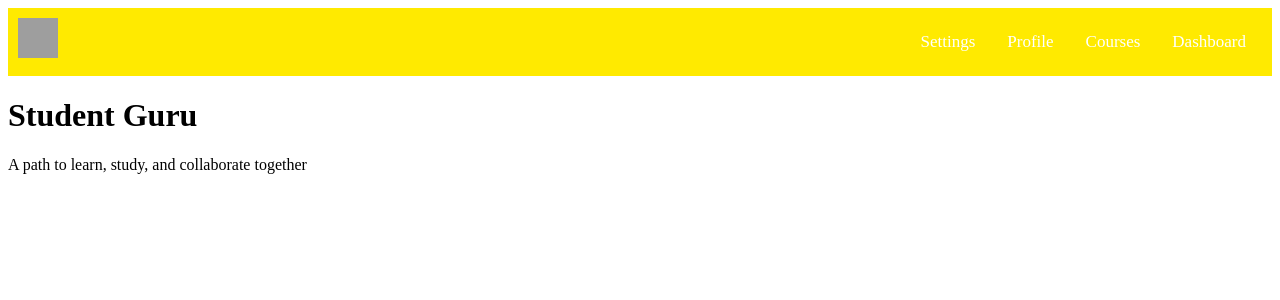
Repository: Priyadharshini-J-CSE/Intership-2025-december
Page: dashboard.html
An editor plug-in stored every save of this project. The page is shown before and after the next save, followed by the edit.
The browser window is 1280 px wide. The pictures show the whole page.
Pictures or frames that could not be fetched are drawn as grey boxes.

Above is the page before, as saved 2025-12-01 14:30:43.

### dashboard.html
<!DOCTYPE html>
<html lang="en">
<head>
    <meta charset="UTF-8">
    <meta name="viewport" content="width=device-width, initial-scale=1.0">
    <title>Student Guru</title>
    <style>
        nav{
            background-color: #ffea00;
            overflow: hidden;
            padding: 10px;
        }
        img{
height: 40px;
width: 40px;
        }
        a{
            float: right;
            text-align: center;
            padding: 14px 16px;
            text-decoration: none;
            font-size: 17px;
        }
    </style>
</head>
<nav>
    <img src="https://i.pinimg.com/474x/4d/b9/82/4db98275977a6216bdddfdbc390d7e37.jpg" alt="logo">
    <a href="dashboard.html" style="color: white;">Dashboard</a>
    <a href="courses.html"style="color: white;" >Courses</a>
    <a href="profile.html" style="color: white;">Profile</a>
    <a href="settings.html" style="color: white">Settings</a>
</nav>
<body>

    <h1>Student Guru</h1>
    <p>A path to learn, study, and collaborate together </p>

</body>
</html>

After the next save:
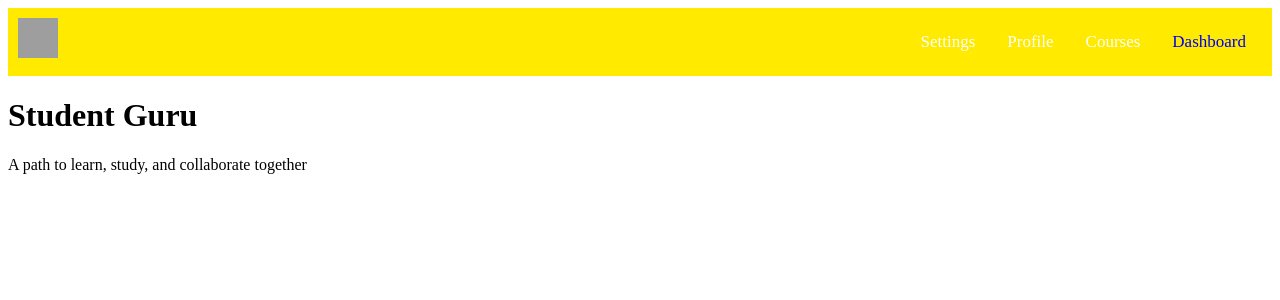
Saved 32 s later.
--- a/dashboard.html
+++ b/dashboard.html
@@ -25,7 +25,7 @@
 </head>
 <nav>
     <img src="https://i.pinimg.com/474x/4d/b9/82/4db98275977a6216bdddfdbc390d7e37.jpg" alt="logo">
-    <a href="dashboard.html" style="color: white;">Dashboard</a>
+    <a href="dashboard.html" >Dashboard</a>
     <a href="courses.html"style="color: white;" >Courses</a>
     <a href="profile.html" style="color: white;">Profile</a>
     <a href="settings.html" style="color: white">Settings</a>
